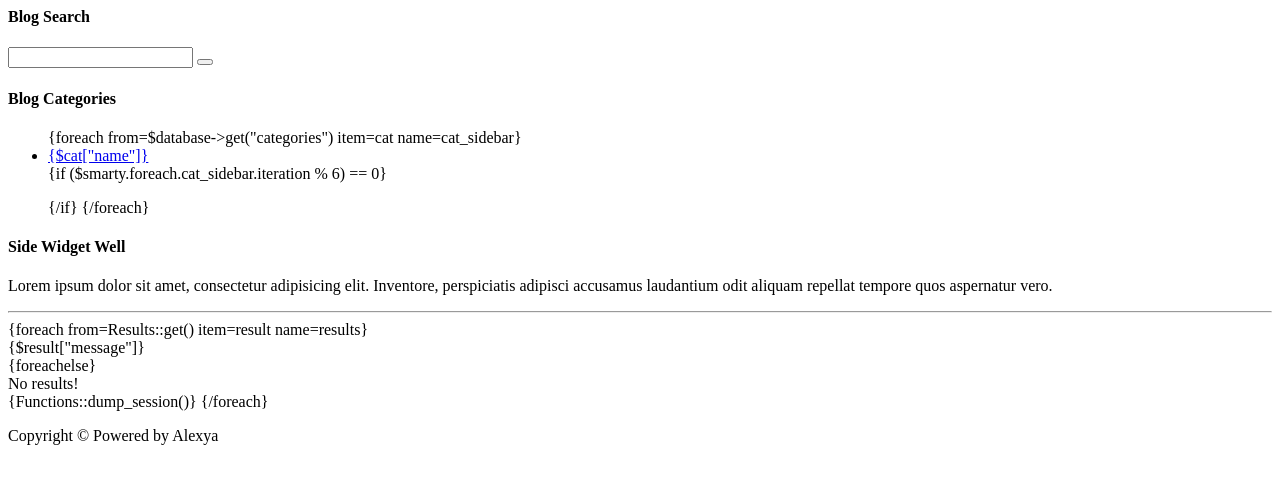
Repository: krypticdestro/alexya_cms
Page: themes/alexya/includes/foot.html
The author's editor kept a record of every edit. The page is drawn from the files as they stood at one moment, then again after the next edit.
The browser window is 1280 px wide. The pictures show the whole page.

Above is the page before.

After the next edit:
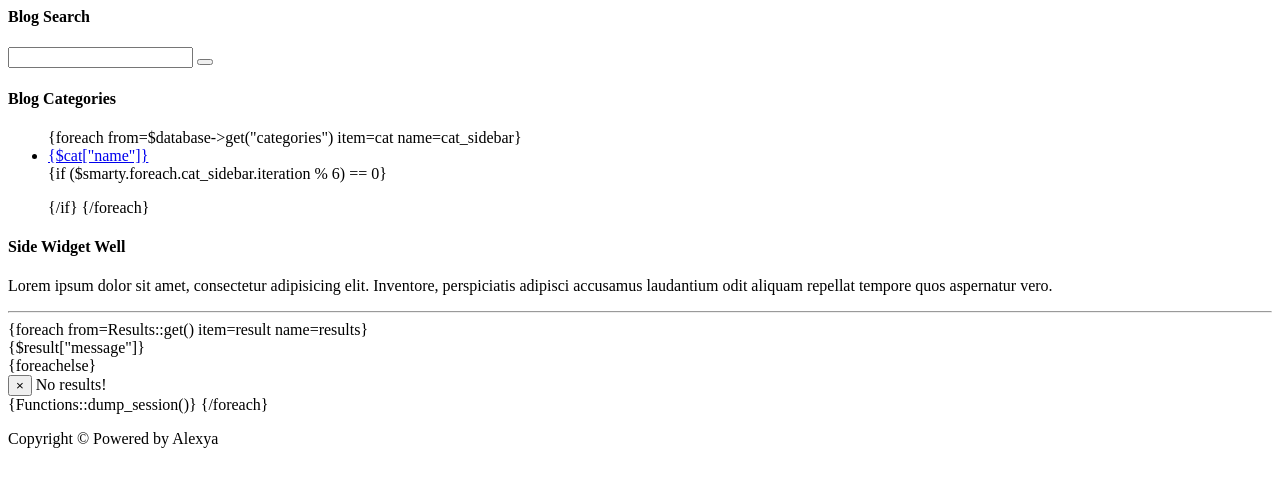
The edit:
--- a/themes/alexya/includes/foot.html
+++ b/themes/alexya/includes/foot.html
@@ -48,7 +48,10 @@
 				{foreach from=Results::get() item=result name=results}
 						<div class="alert alert-{$result["result"]} alert-dismissible">{$result["message"]}</div>
 				{foreachelse}
-						<div class="alert alert-info alert-dismissible">No results!</div>
+						<div class="alert alert-info alert-dismissible">
+  <button type="button" class="close" data-dismiss="alert">&times;</button>
+  							No results!
+  						</div>
 						{Functions::dump_session()}
 				{/foreach}
 						<p>Copyright &copy; Powered by Alexya</p>
